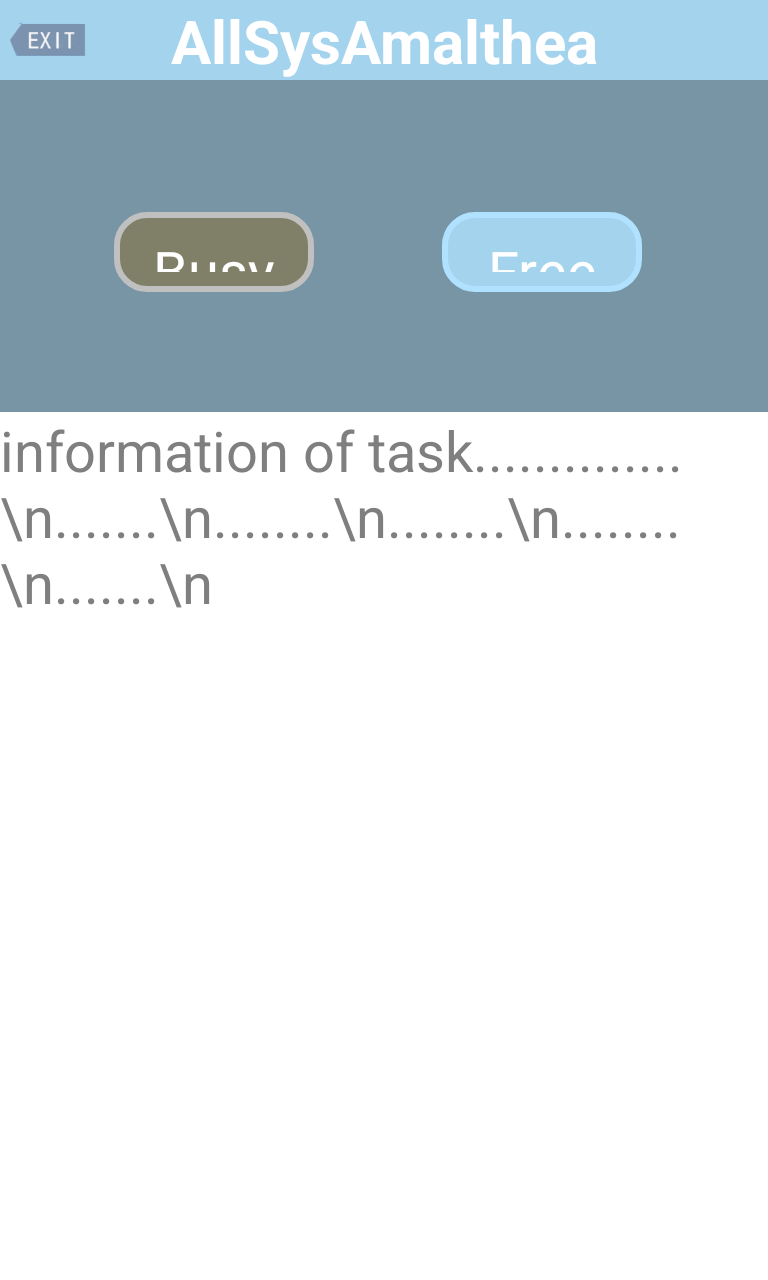
Repository: AllSysAmalthea/AllSys
Layout: APP/AppUI code/代码/Allsys/res/layout/activity_voluteer.xml
These files come from the project's save history. The layout is drawn as it stood at one moment and after the next save; the edit follows.
It is drawn on a 768 x 1280 px phone screen (xhdpi) without system bars, with theme android:Theme.NoTitleBar; the app's code is not run.

Above is the layout before, as saved 2015-06-08 02:54:21.

After the next save:
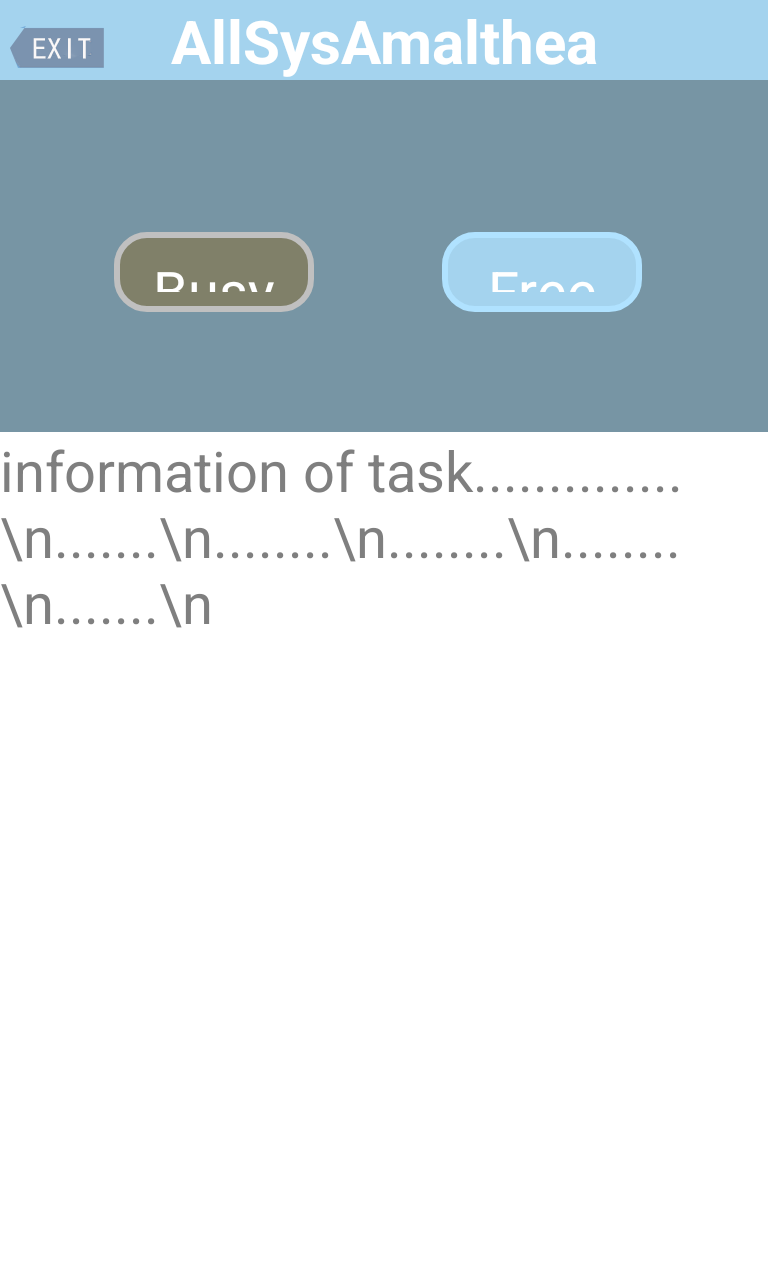
Saved 17 s later.
--- a/APP/AppUI code/代码/Allsys/res/layout/activity_voluteer.xml
+++ b/APP/AppUI code/代码/Allsys/res/layout/activity_voluteer.xml
@@ -29,8 +29,8 @@
 
         <ImageButton
             android:id="@+id/exit"
-            android:layout_width="80px"
-            android:layout_height="80px"
+            android:layout_width="100px"
+            android:layout_height="100px"
             android:layout_x="5dp"
             android:layout_y="4dp"
             android:background="@drawable/exit" />
